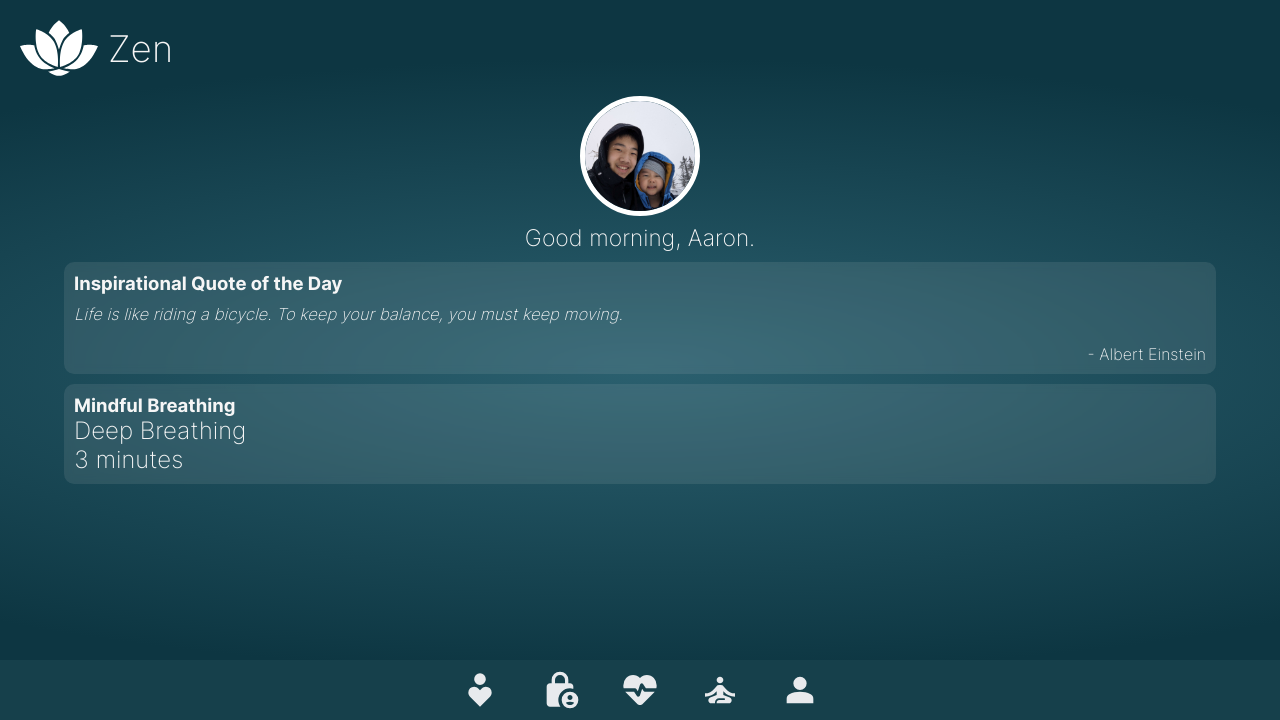
Repository: aaronw-dev/Zen
Page: mindful_dashboard.html
An editor plug-in stored every save of this project. The page is shown before and after the next save, followed by the edit.
The browser window is 1280 px wide. The pictures show the whole page.

Above is the page before, as saved 2024-06-08 14:43:03.

After the next save:
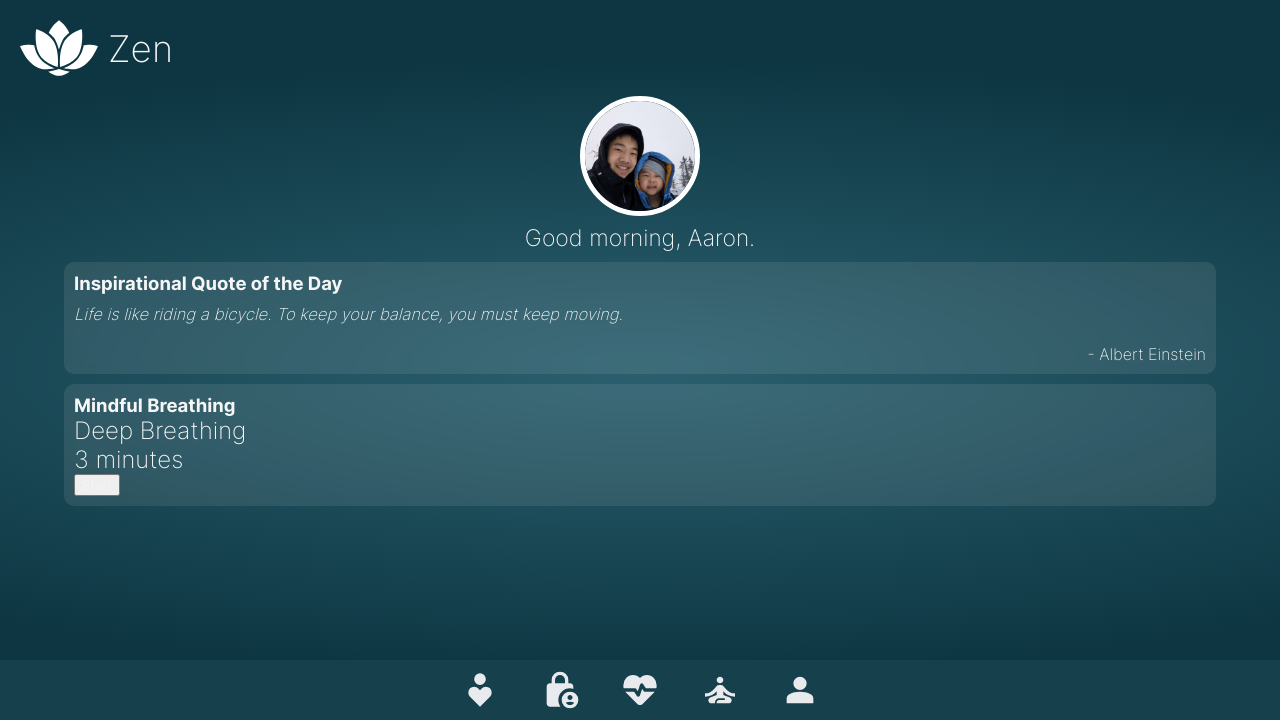
Saved 4 s later.
--- a/mindful_dashboard.html
+++ b/mindful_dashboard.html
@@ -31,7 +31,7 @@
             <div class="mindful-actions">
                 <h2 class="mindful-Title">Deep Breathing</h2>
                 <h2 class="mindful-time">3 minutes</h2>
-
+                <button class="mindful-button">Start</button>
             </div>
         </div>
     </div>
